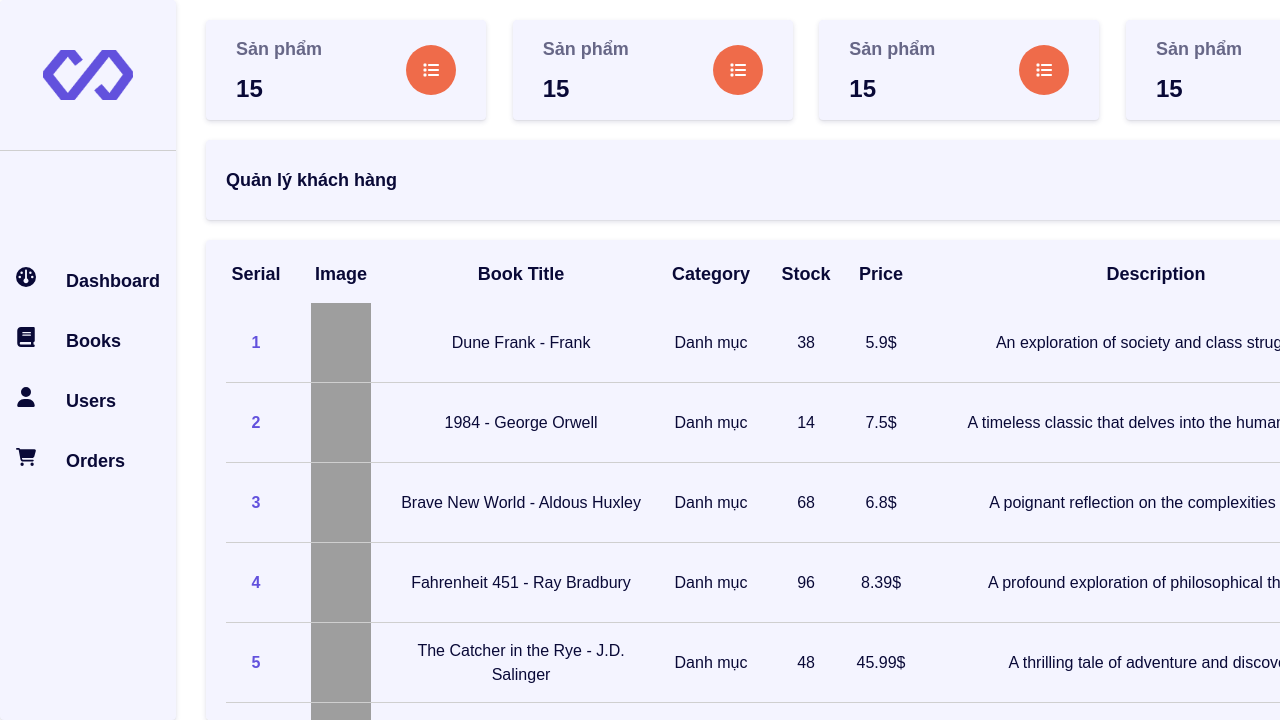
Repository: kauittt/BookStore_FE
Page: / (app in book-store/)
The author's editor kept a copy of each file at every save. The page is drawn from the files as they stood at one save, then again after the next save.
The browser window is 1280 px wide. The pictures show the whole page.
Pictures or frames that could not be fetched are drawn as grey boxes. An inner scrolling area shows only its first screen. The project was rebuilt for these pictures with package versions that can differ from the ones it lists, and the page was loaded fresh each time. Also part of the build but not shown: book-store/vite.config.js, book-store/src/components/elements/FormInput.jsx, book-store/src/components/login-signup/Login.jsx, book-store/src/components/book/BookItem.jsx, book-store/src/components/book/BookList.jsx, book-store/src/components/elements/BackNavigation.jsx, book-store/src/components/book/BookDetail.jsx, book-store/src/components/cart/QuantitySelector.jsx and 4 more.

Above is the page before, as saved 2024-07-20 12:45:19.

### book-store/src/App.jsx
import Login from "./components/login-signup/Login";
import BookItem from "./components/book/BookItem";
import BookList from "./components/book/BookList";
import BookDetail from "./components/book/BookDetail";
import CartItem from "./components/cart/CartItem";
import Cart from "./components/cart/Cart";
import Checkout from "./components/checkout/Checkout";
import AdminNav from "./components/admin/AdminNav";
import ManageList from "./components/admin/ManageList";
import AdminPage from "./components/admin/AdminPage";
import Card from "./components/elements/Card";

const App = () => {
    //! Width - Height: 1536 - 703
    //! 270 - 255
    //! Width: 0.9
    //! Height: 0.585

    //* Semibold - Normal
    //* 3xl (Tiêu đề to) - lg (To hơn bình thường) - sm (Chú thích nhỏ) - Normal

    const data = [
        {
            image: "https://nhasachphuongnam.com/images/thumbnails/240/290/detailed/287/con-duong-hoi-giao-tb-2024.jpg",
            price: "5.9",
            name: "Dune Frank ",
            author: "Frank ",
        },
        {
            image: "https://i.pinimg.com/474x/57/70/55/5770553158ceac5870925fd79f9699eb.jpg",
            price: "7.5",
            name: "1984",
            author: "George Orwell",
        },
        {
            image: "https://listsach.com/wp-content/uploads/2020/05/bia-sach-dep-ngoi-nha-nghin-hanh-lang.jpg",
            price: "6.8",
            name: "Brave New World",
            author: "Aldous Huxley",
        },
        {
            image: "https://listsach.com/wp-content/uploads/2020/05/quyen-sach-co-bia-dep-khong-gia-dinh.jpg",
            price: "8.39",
            name: "Fahrenheit 451",
            author: "Ray Bradbury",
        },
        {
            image: "https://salt.tikicdn.com/cache/w1200/ts/product/03/ee/cc/9e91a112fb77049e9167f41ef62f832e.jpeg",
            price: "45.99",
            name: "The Catcher in the Rye",
            author: "J.D. Salinger",
        },
        {
            image: "https://intamphuc.vn/wp-content/uploads/2023/06/mau-bia-sach-dep-4.jpg",
            price: "9.2",
            name: "To Kill a Mockingbird",
            author: "Harper Lee",
        },
        {
            image: "https://vietart.co/blog/wp-content/uploads/2014/01/2_thiet_ke_bia_sach_dep_20.jpg",
            price: "5.0",
            name: "The Great Gatsby",
            author: "F. Scott Fitzgerald",
        },
        {
            image: "https://thegioidohoa.com/wp-content/uploads/2017/08/tong-hop-20-mau-bia-sach-doc-dao-nhat-nam-2017-7.jpg",
            price: "6.5",
            name: "Moby Dick",
            author: "Herman Melville",
        },
        {
            image: "https://encrypted-tbn0.gstatic.com/images?q=tbn:ANd9GcRVxy22da304ThgqLt9eKkHoYNLhIEgOL5vLCuA0X--bl323dKTKr0Q_H8tqkGQcfgcqA8&usqp=CAU",
            price: "7.8",
            name: "War and Peace",
            author: "Leo Tolstoy",
        },
        {
            image: "https://intamphuc.vn/wp-content/uploads/2023/06/mau-bia-sach-dep-2.jpg",
            price: "6.0",
            name: "Pride and Prejudice",
            author: "Jane Austen",
        },
    ];

    // Các mô tả mẫu để sử dụng
    const descriptions = [
        "A timeless classic that delves into the human psyche.",
        "An exploration of society and class struggles.",
        "A thrilling tale of adventure and discovery.",
        "A thought-provoking story that challenges conventional wisdom.",
        "A masterpiece of modern literature.",
        "A poignant reflection on the complexities of life.",
        "A gripping narrative that captivates the reader from start to finish.",
        "An emotional journey through love, loss, and redemption.",
        "A profound exploration of philosophical themes.",
        "An unforgettable story of courage and resilience.",
    ];

    // Hàm tạo số lượng ngẫu nhiên từ 1 đến 100
    function getRandomQuantity() {
        return Math.floor(Math.random() * 100) + 1;
    }

    // Hàm tạo mô tả ngẫu nhiên từ danh sách mô tả mẫu
    function getRandomDescription() {
        const index = Math.floor(Math.random() * descriptions.length);
        return descriptions[index];
    }

    // Tạo dữ liệu đa dạng cho mảng data
    const enhancedData = data.map((item) => ({
        ...item,
        quantity: getRandomQuantity(),
        description: getRandomDescription(),
    }));

    const detail = {
        image: "https://nhasachphuongnam.com/images/thumbnails/240/290/detailed/287/con-duong-hoi-giao-tb-2024.jpg",
        price: "5.9",
        name: "Dune",
        author: "Frank Herbert ",
        quantity: 10,
        description:
            "Contrary to popular belief, Lorem Ipsum is not simply random text. It has roots in a piece of classical Latin literature from 45 BC, making it over 2000 years old. Richard McClintock, a Latin professor at Hampden-Sydney College in Virginia, looked up one of the more obscure Latin words, consectetur, from a Lorem Ipsum passage, and going through the cites of the word in classical literature, discovered the undoubtable source. Lorem Ipsum comes from sections",
    };

    //! Sửa chổ quantity*price trong tính cart, checkout
    return (
        // container mx-auto
        <div className="text-text-normal  cursor-default select-none">
            {/* <Card name="Sản phẩm" quantity="15" icon={faList}></Card> */}

            <AdminPage books={enhancedData}></AdminPage>
            {/* <ManageList books={enhancedData}></ManageList> */}
            {/* <AdminNav></AdminNav> */}
            {/* <Checkout books={enhancedData}></Checkout> */}
            {/* <Cart books={enhancedData}></Cart> */}
            {/* <CartItem book={detail}></CartItem> */}
            {/* <BookDetail book={detail}></BookDetail> */}
            {/* <BookList title="Classic" books={data}></BookList> */}
            {/* <Login></Login> */}
        </div>
    );
};

export default App;

### book-store/src/index.css
@tailwind base;

* {
    scrollbar-width: thin;
}

@tailwind components;
@tailwind utilities;

.container {
    width: 100%;
}
@media (min-width: 640px) {
    .container {
        max-width: 640px;
    }
}
@media (min-width: 768px) {
    .container {
        max-width: 768px;
    }
    @media (min-width: 1024px) {
        .container {
            max-width: 1024px;
        }
    }
    @media (min-width: 1280px) {
        .container {
            max-width: 1280px;
        }
    }
    @media (min-width: 1400px) {
        .container,
        .container-lg,
        .container-md,
        .container-sm,
        .container-xl,
        .container-xxl {
            max-width: 1320px;
        }
    }
}

### book-store/src/components/admin/AdminNav.jsx
import PropTypes from "prop-types";
import { FontAwesomeIcon } from "@fortawesome/react-fontawesome";
import {
    faCartShopping,
    faUser,
    faBook,
    faGauge,
} from "@fortawesome/free-solid-svg-icons";

const AdminNav = () => {
    return (
        <div
            className="flex flex-col  gap-[100px]
            font-semibold text-lg  w-[260px]
            bg-bgr-main shadow-custom rounded"
        >
            <div
                className="w-full flex justify-center mt-[50px] pb-[50px]
            border-b border-border"
            >
                <img
                    src="./image/Logo.png"
                    alt="Logo"
                    className="w-[90px] h-[50px]  object-cover"
                />
            </div>

            <div>
                <div
                    className="p-[16px]
            transition-all duration-200 ease-in-out
            group hover:bg-bgr-white hover:shadow-custom rounded
            cursor-pointer"
                >
                    <p className="flex gap-[10px]">
                        <FontAwesomeIcon
                            className="mr-[20px] w-[20px] h-[20px]"
                            icon={faGauge}
                        />
                        Dashboard
                    </p>
                </div>
                <div
                    className="p-[16px]
            transition-all duration-200 ease-in-out
            group hover:bg-bgr-white hover:shadow-custom rounded
            cursor-pointer"
                >
                    <p className="flex gap-[10px]">
                        <FontAwesomeIcon
                            className="mr-[20px] w-[20px] h-[20px]"
                            icon={faBook}
                        />
                        Books
                    </p>
                </div>
                <div
                    className="p-[16px]
            transition-all duration-200 ease-in-out
            group hover:bg-bgr-white hover:shadow-custom rounded
            cursor-pointer"
                >
                    <p className="flex gap-[10px]">
                        <FontAwesomeIcon
                            className="mr-[20px]  w-[20px] h-[20px]"
                            icon={faUser}
                        />
                        Users
                    </p>
                </div>
                <div
                    className="p-[16px]
            transition-all duration-200 ease-in-out
            group hover:bg-bgr-white hover:shadow-custom rounded
            cursor-pointer"
                >
                    <p className="flex gap-[10px]">
                        <FontAwesomeIcon
                            className="mr-[20px] w-[20px] h-[20px]"
                            icon={faCartShopping}
                        />
                        Orders
                    </p>
                </div>
            </div>
        </div>
    );
};

AdminNav.propTypes = {
    book: PropTypes.object,
};
export default AdminNav;

### book-store/src/components/admin/ManageList.jsx
import React from "react";
import PropTypes from "prop-types";
import { FontAwesomeIcon } from "@fortawesome/react-fontawesome";
import {
    faCartShopping,
    faUser,
    faBook,
    faGauge,
} from "@fortawesome/free-solid-svg-icons";
import ManageItem from "./ManageItem";
import FormButton from "./../elements/FormButton";
const ManageList = (props) => {
    console.log(window.innerHeight);
    const category = [
        {
            group: "Order",
            fields: [
                { name: "Serial", width: "50px" },
                { name: "Customer Name", width: "150px" },
                { name: "Book Title", width: "150px" },
                { name: "Quantity", width: "100px" },
                { name: "Price", width: "100px" },
                { name: "Phone Number", width: "100px" },
                { name: "Address", flex: "1" }, // Use flex for flexible widths
            ],
        },
        {
            group: "Book",
            fields: [
                { name: "Serial", style: "w-[60px] text-center" },
                { name: "Image", style: "w-[80px] text-center" },
                { name: "Book Title", style: "w-[250px] text-center" },
                { name: "Category", style: "w-[100px] text-center" },
                { name: "Stock", style: "w-[60px] text-center" },
                { name: "Price", style: "w-[60px] text-center" },
                { name: "Description", style: "flex-1 text-center" },
            ],
        },
        {
            group: "User",
            fields: [
                { name: "Serial", width: "50px" },
                { name: "Username", width: "150px" },
                { name: "Name", width: "200px" },
                { name: "Role", width: "100px" },
                { name: "Email", width: "200px" },
                { name: "Phone Number", width: "150px" },
                { name: "Address", flex: "1" },
            ],
        },
    ];

    return (
        //* Danh sách sản phẩm
        <div
            className="max-w-[1200px] w-[1200px] p-[20px]
        flex flex-col gap-[15px] bg-bgr-main shadow-custom rounded
        overflow-y-auto"
        >
            {/*//* Category */}
            <div
                className="flex justify-between items-center gap-[15px]
            font-semibold text-lg"
            >
                {category[1].fields.map((field, index) => (
                    <p key={index} className={`${field.style} `}>
                        {field.name}
                    </p>
                ))}
            </div>

            {/*//* List Item */}
            <div className="flex flex-col max-h-full ">
                {props.books.map((book, index) => (
                    <ManageItem
                        data={book}
                        category={category[1].fields}
                        key={index}
                        index={index}
                    ></ManageItem>
                ))}
            </div>

            {/* <div className="flex justify-end">
                <FormButton name="Checkout"></FormButton>
            </div> */}
        </div>
    );
};
ManageList.propTypes = {
    books: PropTypes.array,
};
export default ManageList;

### book-store/src/components/admin/AdminPage.jsx
import React from "react";
import PropTypes from "prop-types";
import ManageList from "./ManageList";
import AdminNav from "./AdminNav";
import Card from "./../elements/Card";
import ManageTitle from "./ManageTitle";
import { FontAwesomeIcon } from "@fortawesome/react-fontawesome";
import {
    faCircleUser,
    faCartShopping,
    faHandHoldingDollar,
    faList,
} from "@fortawesome/free-solid-svg-icons";

const AdminPage = (props) => {
    return (
        <div
            className="flex gap-[30px] justify-between
        max-h-screen overflow-hidden
        "
        >
            {/*//* Left  */}
            <AdminNav></AdminNav>

            {/*//* Right  */}
            <div className="flex flex-col gap-[20px] pt-[20px] pr-[20px]">
                <div className="flex justify-between items-center ">
                    <Card name="Sản phẩm" quantity={15} icon={faList}></Card>
                    <Card name="Sản phẩm" quantity={15} icon={faList}></Card>
                    <Card name="Sản phẩm" quantity={15} icon={faList}></Card>
                    <Card name="Sản phẩm" quantity={15} icon={faList}></Card>
                </div>
                <ManageTitle
                    name="Quản lý khách hàng"
                    button="Add User"
                ></ManageTitle>
                <ManageList books={props.books}></ManageList>
            </div>
        </div>
    );
};

AdminPage.propTypes = {
    books: PropTypes.array,
};
export default AdminPage;

### book-store/src/components/elements/Card.jsx
import React from "react";
import PropTypes from "prop-types";
import { FontAwesomeIcon } from "@fortawesome/react-fontawesome";
import {
    faCircleUser,
    faCartShopping,
    faHandHoldingDollar,
    faList,
} from "@fortawesome/free-solid-svg-icons";
const Card = (props) => {
    return (
        <div
            className="flex items-center justify-between
            w-[280px] h-[100px] bg-bgr-main p-[30px]
        rounded shadow-custom"
        >
            <div className="flex flex-col gap-[10px]">
                <p className="text-lg text-text-light font-semibold">
                    {props.name}
                </p>
                <p className="text-2xl font-semibold">{props.quantity}</p>
            </div>
            <FontAwesomeIcon
                className="p-[17px] rounded-full
             bg-bgr-color text-text-white"
                icon={props.icon}
            />
            {/* <FontAwesomeIcon icon={faCartShopping} />
            <FontAwesomeIcon icon={faHandHoldingDollar} />
            <FontAwesomeIcon icon={faCircleUser} /> */}
        </div>
    );
};

Card.propTypes = {
    name: PropTypes.string,
    quantity: PropTypes.number,
    icon: PropTypes.object,
    color: PropTypes.string,
};
export default Card;

### book-store/src/components/elements/FormButton.jsx
import PropTypes from "prop-types";

const FormButton = ({
    name = "Button",
    main = true,
    type = "button",
    disabled = false,
    ...props
}) => {
    return (
        <button
            type={type}
            disabled={disabled}
            className={`m-w-[100px] w-[100px] m-h-[40px] h-[40px] leading-[40px]
            rounded text-lg font-semibold
            flex items-center justify-center
            cursor-pointer shadow-custom
            transition-all duration-200 ease-in-out
            bg-bgr-white
            ${main ? "bg-bgr-white" : "bg-bgr-white"}
            ${main ? "text-text-color" : "text-bgr-color"}
            ${
                main
                    ? "border border-text-color hover:bg-text-color hover:text-text-white"
                    : "border border-bgr-color hover:bg-bgr-color hover:text-text-white"
            }
            `}
            {...props}
        >
            {name}
        </button>
    );
};

FormButton.propTypes = {
    main: PropTypes.bool,
    name: PropTypes.string.isRequired,
    type: PropTypes.string,
    disabled: PropTypes.bool,
};

export default FormButton;

### book-store/src/components/admin/ManageItem.jsx
import PropTypes from "prop-types";
import { FontAwesomeIcon } from "@fortawesome/react-fontawesome";
import { faPen } from "@fortawesome/free-solid-svg-icons";

const ManageItem = (props) => {
    // STT | Tên khách | Tên sách | Số lượng | Giá     | Phone | Address
    // STT | Hình      | Tên sách | Danh mục | Tồn kho | Giá   | Mô tả
    // STT | Username  | Name     | Role     | Email   | Phone | Address

    const isImage = props.data.image ? true : false;
    // console.log(props.data);
    // console.log(props.category);

    return (
        <div
            className="flex justify-between  items-center
                gap-[15px] min-h-[80px] h-[80px] relative
                border-b border-border"
        >
            <p
                className={`${props.category[0].style} font-semibold text-text-color`}
            >
                {props.index + 1}
            </p>

            {isImage ? (
                <div
                    className={`${props.category[1].style} h-full
                flex items-center justify-center`}
                >
                    <img
                        className="w-[60px] h-full object-cover"
                        src={props.data.image}
                        alt="Image"
                    />
                </div>
            ) : (
                <p className={`${props.category[1].style} `}>Tăng Khải Minh</p>
            )}

            <p className={`${props.category[2].style} `}>
                {props.data.name + " - " + props.data.author}
            </p>

            <p className={`${props.category[3].style} `}>Danh mục</p>

            <p className={`${props.category[4].style} `}>
                {props.data.quantity}
            </p>

            <p className={`${props.category[5].style} `}>{props.data.price}$</p>

            <p className={`${props.category[6].style} `}>
                {props.data.description}
            </p>

            <FontAwesomeIcon
                className="absolute right-[-20px] p-[10px] rounded cursor-pointer
                text-bgr-color
                transition-all duration-200 ease-in-out
                hover:bg-bgr-color hover:text-text-white  "
                icon={faPen}
            />

            {/* <div className="flex items-center relative">

            </div> */}
        </div>
    );
};
ManageItem.propTypes = {
    data: PropTypes.object,
    category: PropTypes.array,
    index: PropTypes.number,
};
export default ManageItem;

### book-store/src/components/admin/ManageTitle.jsx
import React from "react";
import PropTypes from "prop-types";
import FormButton from "./../elements/FormButton";

const ManageTitle = (props) => {
    return (
        <div
            className="flex justify-between items-center
        h-[80px] bg-bgr-main p-[20px]
            rounded shadow-custom"
        >
            <p className="font-semibold text-lg">{props.name}</p>
            <FormButton name={props.button}></FormButton>
        </div>
    );
};

ManageTitle.propTypes = {
    name: PropTypes.string,
    button: PropTypes.string,
};

export default ManageTitle;

### book-store/tailwind.config.js
/** @type {import('tailwindcss').Config} */
export default {
    content: ["./index.html", "./src/**/*.{js,ts,jsx,tsx}"],
    theme: {
        colors: {
            //* Background
            "bgr-main": "#F4F4FF",
            "bgr-color": "#EF6B4A", // Màu cam
            "bgr-color-hover": "#C2371E", // Darker for hover
            "bgr-white": "#FFFFFF",

            //* Text
            "text-normal": "#090937",
            "text-color": "#6251DD", // Màu tím
            "text-color-hover": "#4937B8", // Darker for hover
            "text-light": "#676787",
            "text-white": "#FFFFFF",
            "text-error": "#e74c3c", // Màu đỏ
            "text-error-hover": "#c0392b", // Darker for hover

            //* Border
            border: "#cfcfcf",
        },
        extend: {
            fontFamily: {
                sans: ["Manrope", "sans-serif"],
            },
            boxShadow: {
                custom: "rgba(50, 50, 105, 0.15) 0px 2px 5px 0px, rgba(0, 0, 0, 0.05) 0px 1px 1px 0px",
            },
        },
    },
    plugins: [],
};

Loaded but not shown: book-store/index.html (common file); book-store/src/main.jsx (common file)

After the next save:
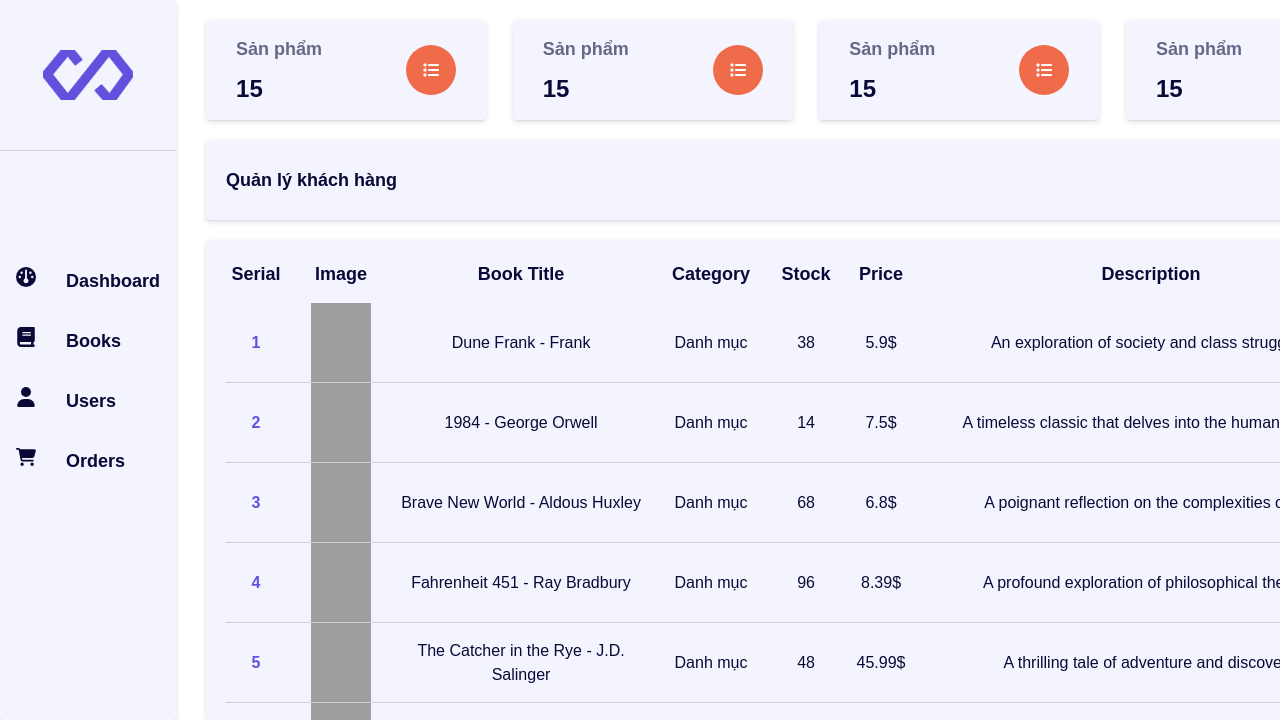
Saved 43 s later.
--- a/book-store/src/components/admin/ManageList.jsx
+++ b/book-store/src/components/admin/ManageList.jsx
@@ -53,7 +53,7 @@ const ManageList = (props) => {
     return (
         //* Danh sách sản phẩm
         <div
-            className="max-w-[1200px] w-[1200px] p-[20px]
+            className="max-w-[1200px] w-[1200px] p-[20px] pr-[30px]
         flex flex-col gap-[15px] bg-bgr-main shadow-custom rounded
         overflow-y-auto"
         >
